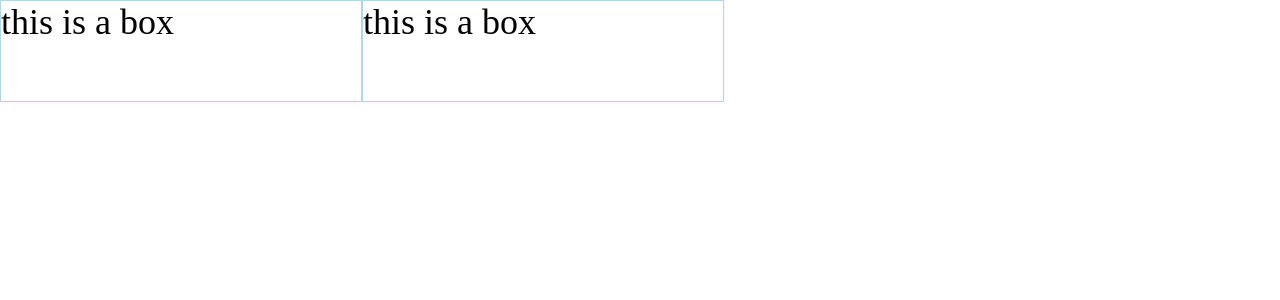
Repository: Jhin7782/HBuilder-Projects
Page: _lib/frame/移动端适配/fontSize.html
An editor plug-in stored every save of this project. The page is shown before and after the next save, followed by the edit.
The browser window is 1280 px wide. The pictures show the whole page.

Above is the page before, as saved 2017-06-04 01:03:55.

After the next save:
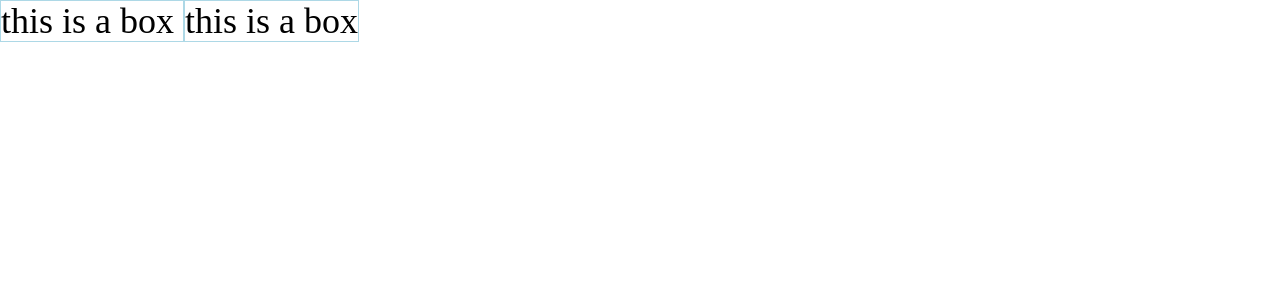
Saved 8 s later.
--- a/_lib/frame/移动端适配/fontSize.html
+++ b/_lib/frame/移动端适配/fontSize.html
@@ -13,7 +13,7 @@
 				width: 10rem;
 				height: 100px;
 				border: 1px solid lightblue;
-				float: left;
+				display: inline;
 			}
 		</style>
 	</head>
